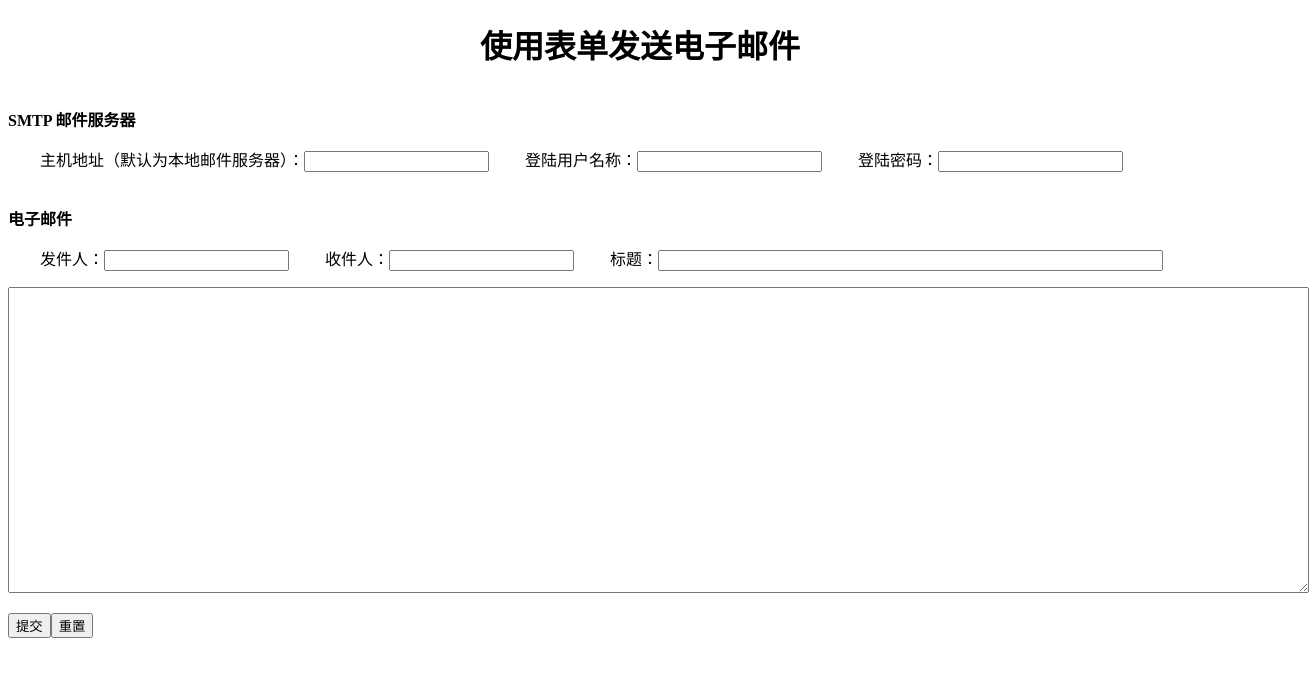
Repository: eterinfi/java
Page: jee/JSPDemo/WebContent/sendemail.html
The author's editor kept a copy of each file at every save. The page is drawn from the files as they stood at one save, then again after the next save.
The browser window is 1280 px wide. The page is 1314 px wide, so the pictures cover 1314 px, including what lies to the right of the window. The pictures show the whole page.

Above is the page before, as saved 2016-11-15 11:00:50.

After the next save:
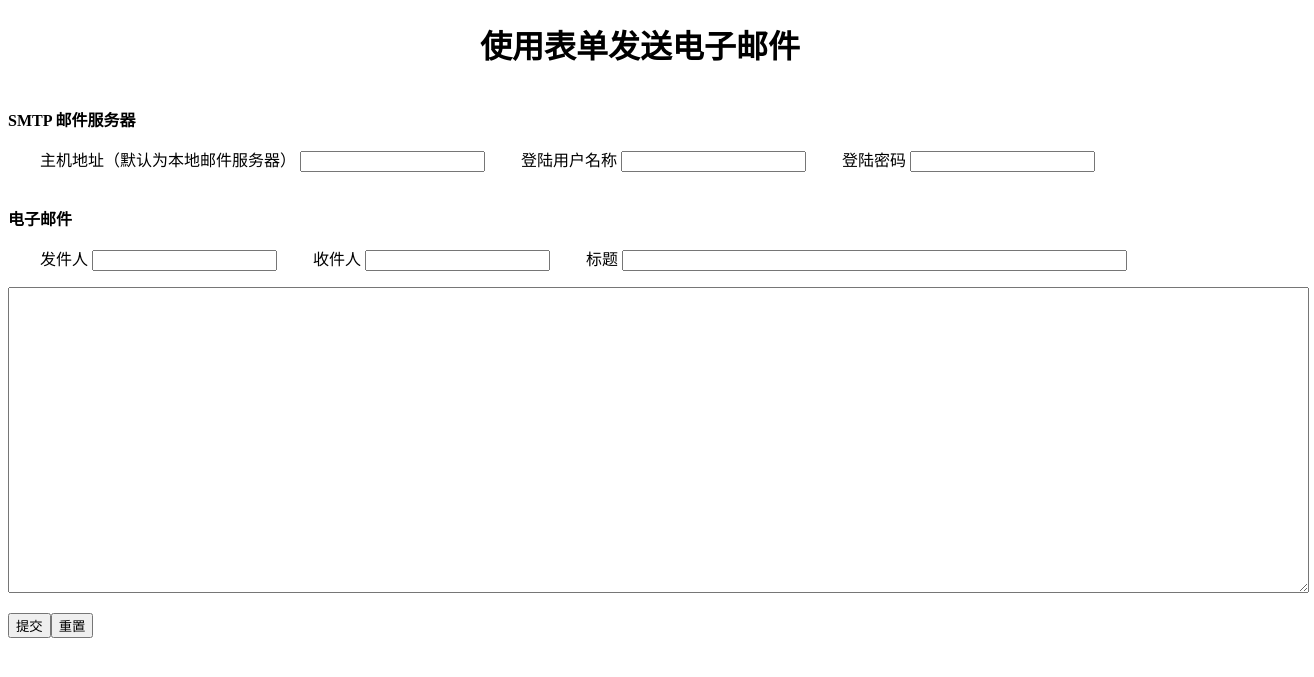
Saved 34 s later.
--- a/jee/JSPDemo/WebContent/sendemail.html
+++ b/jee/JSPDemo/WebContent/sendemail.html
@@ -10,16 +10,16 @@
   <form action="SendSubmittedEmail.jsp" method="POST">
     <label><strong>SMTP 邮件服务器</strong></label>
     <p>
-      <span>　　主机地址（默认为本地邮件服务器）：<input type="text" name="host" /></span>
-      <span>　　登陆用户名称：<input type="text" name="user" /></span>
-      <span>　　登陆密码：<input type="password" name="password" /></span>
+      <span>　　主机地址（默认为本地邮件服务器） <input type="text" name="host" /></span>
+      <span>　　登陆用户名称 <input type="text" name="user" /></span>
+      <span>　　登陆密码 <input type="password" name="password" /></span>
     </p>
     <br />
     <label><strong>电子邮件</strong></label>
     <p>
-      <span>　　发件人：<input type="text" name="from" /></span>
-      <span>　　收件人：<input type="text" name="to" /></span>
-      <span>　　标题：<input type="text" size="60" name="subject" /></span>
+      <span>　　发件人 <input type="text" name="from" /></span>
+      <span>　　收件人 <input type="text" name="to" /></span>
+      <span>　　标题 <input type="text" size="60" name="subject" /></span>
     </p>
     <textarea name="body" cols="160" rows="20">
     </textarea>
